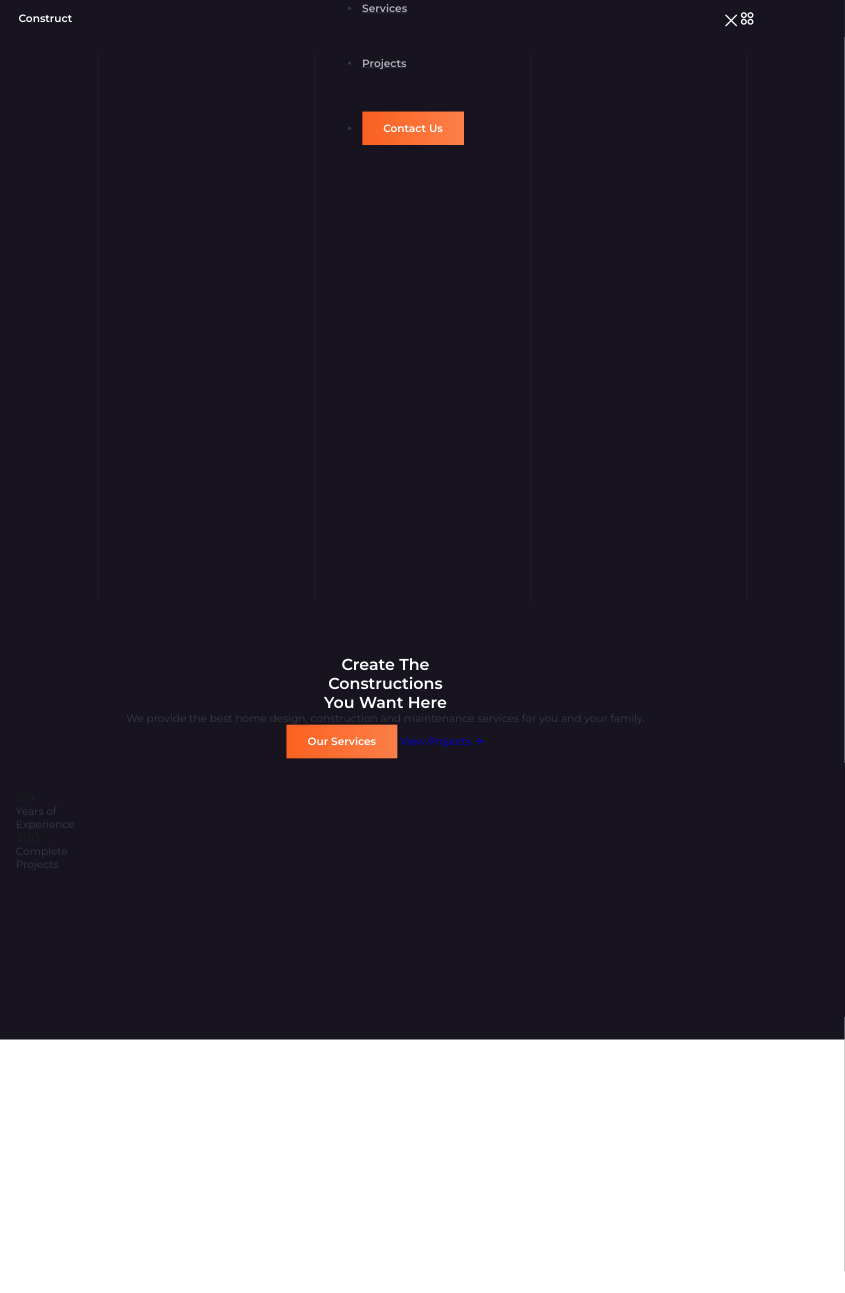
Repository: douglasabnovato/construction
Page: index.html
The author's editor kept a copy of each file at every save. The page is drawn from the files as they stood at one save, then again after the next save.
The browser window is 1280 px wide. The pictures show the whole page, at 66% of full size.

Above is the page before, as saved 2025-04-29 00:44:52.

### index.html
<!DOCTYPE html>
<html lang="en">
  <head>
    <meta charset="UTF-8" />
    <meta name="viewport" content="width=device-width, initial-scale=1.0" />

    <!--=============== FAVICON ===============-->
    <link
      rel="shortcut icon"
      href="assets/img/favicon.png"
      type="image/x-icon"
    />

    <!--=============== REMIXICONS ===============-->
    <link
      rel="stylesheet"
      href="https://cdnjs.cloudflare.com/ajax/libs/remixicon/4.2.0/remixicon.css"
    />

    <!--=============== SWIPER CSS ===============-->
    <link rel="stylesheet" href="" />

    <!--=============== CSS ===============-->
    <link rel="stylesheet" href="assets/css/styles.css" />

    <title>Construction</title>
  </head>
  <body>
    <!--==================== HEADER ====================-->
    <header class="header" id="header">
      <nav class="nav container">
        <a href="#" class="nav__logo">
          <i class="ri-bulding-3-line"></i>
          <span>Construct</span>
        </a>
        <div class="nav__menu" id="nav-menu">
          <u class="nav__list">
            <li>
              <a href="#home" class="nav__link">Home</a>
            </li>
            <li>
              <a href="#aboutus" class="nav__link"> About Us</a>
            </li>
            <li>
              <a href="#services" class="nav__link"> Services</a>
            </li>
            <li>
              <a href="#projects" class="nav__link"> Projects</a>
            </li>
            <li>
              <a href="#contactus" class="nav__link button"> Contact Us</a>
            </li>
          </u>
          <!-- Close Button -->
          <div class="nav__close" id="nav-close">
            <i class="ri-close-large-line"></i>
          </div>
        </div>
        <!-- Toggle menu -->
        <div class="nav__toggle" id="nav-toggle">
          <i class="ri-apps-2-line"></i>
        </div>
      </nav>
    </header>

    <!--==================== MAIN ====================-->
    <main class="main">
      <!--==================== HOME ====================-->
      <section class="home section" id="home">
        <img
          src="./assets/img/home-lines-bg.svg"
          alt="image"
          class="home__lines"
        />
        <div class="home__container container grid">
          <div class="home__container grid">
            <div class="home__data">
              <h1 class="home__title">
                Create The<br />
                Constructions<br />
                You Want Here
              </h1>
              <p class="home__description">
                We provide the best home design, construction and maintenance
                services for you and your family.
              </p>
              <div class="home__buttons">
                <a href="#services" class="button">Our Services</a>
                <a href="#projects" class="button__link"
                  ><span>View Projects</span> <i class="ri-arrow-right-line"></i
                ></a>
              </div>
            </div>
            <div class="home__info">
              <div>
                <h3 class="home__info-title">10+</h3>
                <p class="home__info-description">
                  Years of <br />
                  Experience
                </p>
              </div>
              <div>
                <h3 class="home__info-title">200</h3>
                <p class="home__info-description">
                  Complete <br />
                  Projects
                </p>
              </div>
            </div>
          </div>
          <div class="home__images"></div>
        </div>
      </section>

      <!--==================== ABOUT ====================-->
      <section class="about section" id="about"></section>

      <!--==================== SERVICES ====================-->
      <section class="services section" id="services"></section>

      <!--==================== PROJECTS ====================-->
      <section class="projects section" id="projects"></section>

      <!--==================== CONTACT ====================-->
      <section class="contact section" id="contact"></section>
    </main>

    <!--==================== FOOTER ====================-->
    <footer class="footer"></footer>

    <!--========== SCROLL UP ==========-->

    <!--=============== SCROLLREVEAL ===============-->
    <script src=""></script>

    <!--=============== SWIPER JS ===============-->
    <script src=""></script>

    <!--=============== MAIN JS ===============-->
    <script src="assets/js/main.js"></script>
  </body>
</html>

### assets/css/styles.css
/*=============== GOOGLE FONTS ===============*/
@import url("https://fonts.googleapis.com/css2?family=Montserrat:wght@100..900&display=swap");

/*=============== VARIABLES CSS ===============*/
:root {
  --header-height: 3.5rem;

  /*========== Colors ==========*/
  /*Color mode HSL(hue, saturation, lightness)*/
  --first-color: hsl(18, 95%, 55%);
  --second-color: hsl(42, 98%, 52%);
  --first-gradient: linear-gradient(
    90deg,
    hsl(18, 95%, 55%),
    hsl(18, 98%, 64%)
  );
  --title-color: hsl(255, 12%, 12%);
  --text-color: hsl(225, 12%, 24%);
  --text-color-light: hsl(255, 4%, 70%);
  --body-color: hsl(0, 0%, 100%);
  --container-color: hsl(0, 0%, 100%);
  --white-color: hsl(0, 0%, 100%);
  --black-color: hsl(255, 20%, 10%);
  --gray-border: hsl(255, 6%, 90%);
  --black-border: hsl(255, 10%, 20%);

  /*========== Font and typography ==========*/
  /*.5rem = 8px | 1rem = 16px ...*/
  --body-font: "Montserrat", sans-serif;
  --big-font-size: 2.25rem;
  --h1-font-size: 1.5rem;
  --h2-font-size: 1.25rem;
  --h3-font-size: 1rem;
  --normal-font-size: 0.938rem;
  --small-font-size: 0.813rem;

  /*========== Font weight ==========*/
  --font-regular: 400;
  --font-medium: 500;
  --font-semi-bold: 600;
  --font-bold: 700;

  /*========== z index ==========*/
  --z-tooltip: 10;
  --z-fixed: 100;
}

/*========== Responsive typography ==========*/
@media screen and (min-width: 1150px) {
  :root {
    --big-font-size: 3.5rem;
    --h1-font-size: 2.25rem;
    --h2-font-size: 1.5rem;
    --h3-font-size: 1.25rem;
    --normal-font-size: 1rem;
    --small-font-size: 0.875rem;
  }
}

/*=============== BASE ===============*/
* {
  box-sizing: border-box;
  padding: 0;
  margin: 0;
}

html {
  scroll-behavior: smooth;
}

body {
  font-family: var(--body-font);
  font-size: var(--normal-font-size);
  background-color: var(--body-color);
  color: var(--text-color);
}

h1,
h2,
h3,
h4 {
  color: var(--title-color);
  font-weight: var(--font-semi-bold);
}

ul {
  list-style: none;
}

a {
  text-decoration: none;
}

img {
  display: block;
  max-width: 100%;
  height: auto;
}

/*=============== REUSABLE CSS CLASSES ===============*/
.container {
  max-width: 1120px;
  margin-inline: 1.5rem;
}

.grid {
  display: grid;
  gap: 1.5rem;
}

.section {
  padding-block: 5rem 1rem;
}
.section__title,
.section__subtitle {
  text-align: center;
}

.section__title {
  font-size: var(--h1-font-size);
  font-weight: var(--font-bold);
  margin-bottom: 1.5rem;
}

.section__subtitle {
  display: block;
  font-size: var(--normal-font-size);
  font-weight: var(--font-semi-bold);
  color: var(--second-color);
  margin-bottom: 0.5rem;
}

.main {
  overflow: hidden;
}

/*=============== HEADER & NAV ===============*/
.header {
  position: fixed;
  width: 100%;
  top: 0;
  left: 0;
  background-color: var(--black-color);
  z-index: var(--z-fixed);
}

.nav {
  position: relative;
  height: var(--header-height);
  display: flex;
  justify-content: space-between;
  align-items: center;
}

.nav__logo {
  display: flex;
  align-items: center;
  column-gap: 0.25rem;
}

.nav__logo span {
  color: var(--white-color);
  font-weight: var(--font-semi-bold);
  transition: color 0.4s;
}

.nav__logoi i {
  color: var(--first-color);
  font-size: 1.5rem;
}

.nav__toggle,
.nav__close {
  font-size: 1.5rem;
  color: var(--white-color);
  cursor: pointer;
  transition: color 0.4s;
}

/* Navigation for mobile devices */
@media screen and (max-width: 1150px) {
  .nav__menu {
    position: fixed;
    top: 0;
    right: -100%;
    background-color: var(--black-color);
    width: 80%;
    height: 100%;
    padding: 7.5rem 3.5rem 0;
    border-left: 2px solid var(--black-border);
    transition: right 0.4s;
  }
}

.nav__list {
  display: flex;
  flex-direction: column;
  row-gap: 4rem;
}

.nav__link {
  color: var(--text-color-light);
  font-weight: var(--font-semi-bold);
  transition: color 0.4s;
}

.nav__link:hover {
  color: var(--first-color);
}

.nav__close {
  position: absolute;
  top: 1rem;
  right: 1.5rem;
}

/* Show menu */
.show-menu {
  right: 0;
}

/* Change background header */

/* Active link */

/*=============== HOME ===============*/
.home {
  position: relative;
  background-color: var(--black-color);
}

.home__container {
  position: relative;
  row-gap: 3rem;
  padding-block: 2.5rem 6rem;
}

.home__content {
  row-gap: 2.5rem;
}

.home__data {
  text-align: center;
}

.home__title {
  color: var(--white-color);
}

/*=============== BUTTON ===============*/
.button {
  display: inline-flex;
  background: var(--first-gradient);
  color: var(--white-color);
  font-weight: var(--font-semi-bold);
  padding: 1rem 2rem;
  transition: box-shadow .4s;
}

.button:hover{
  box-shadow: 0 8px 32px hsla(18, 95%, 55%, .3);
  color: var(--white-color);
}

/*=============== ABOUT ===============*/

/*=============== SERVICES ===============*/

/* Swiper class */

/*=============== PROJECTS ===============*/

/*=============== CONTACT ===============*/

/*=============== FOOTER ===============*/

/*=============== SCROLL BAR ===============*/

/*=============== SCROLL UP ===============*/

/* Show Scroll Up */

/*=============== BREAKPOINTS ===============*/
/* For small devices */

/* For medium devices */

/* For large devices */

### assets/js/main.js
/*=============== SHOW MENU ===============*/
const navMenu = document.getElementById('nav-menu'),
      navToggle = document.getElementById('nav-toggle'),
      navClose = document.getElementById('nav-close')

/* Menu show */
if(navToggle){
    navToggle.addEventListener('click', () =>{
        navMenu.classList.add('show-menu')
    })
}

/* Menu hidden */
if(navClose){
    navClose.addEventListener('click', () =>{
        navMenu.classList.remove('show-menu')
    })
}

/*=============== REMOVE MENU MOBILE ===============*/
const navLink = document.querySelectorAll('.nav__link')

const linkAction = () =>{
    const navMenu = document.getElementById('nav-menu')
    // When we click on each nav__link, we remove the show-menu class
    navMenu.classList.remove('show-menu')
}
navLink.forEach(n => n.addEventListener('click', linkAction))


/*=============== CHANGE BACKGROUND HEADER ===============*/

/*=============== SWIPER SERVICES ===============*/

/*=============== SHOW SCROLL UP ===============*/

/*=============== SCROLL SECTIONS ACTIVE LINK ===============*/

/*=============== SCROLL REVEAL ANIMATION ===============*/

After the next save:
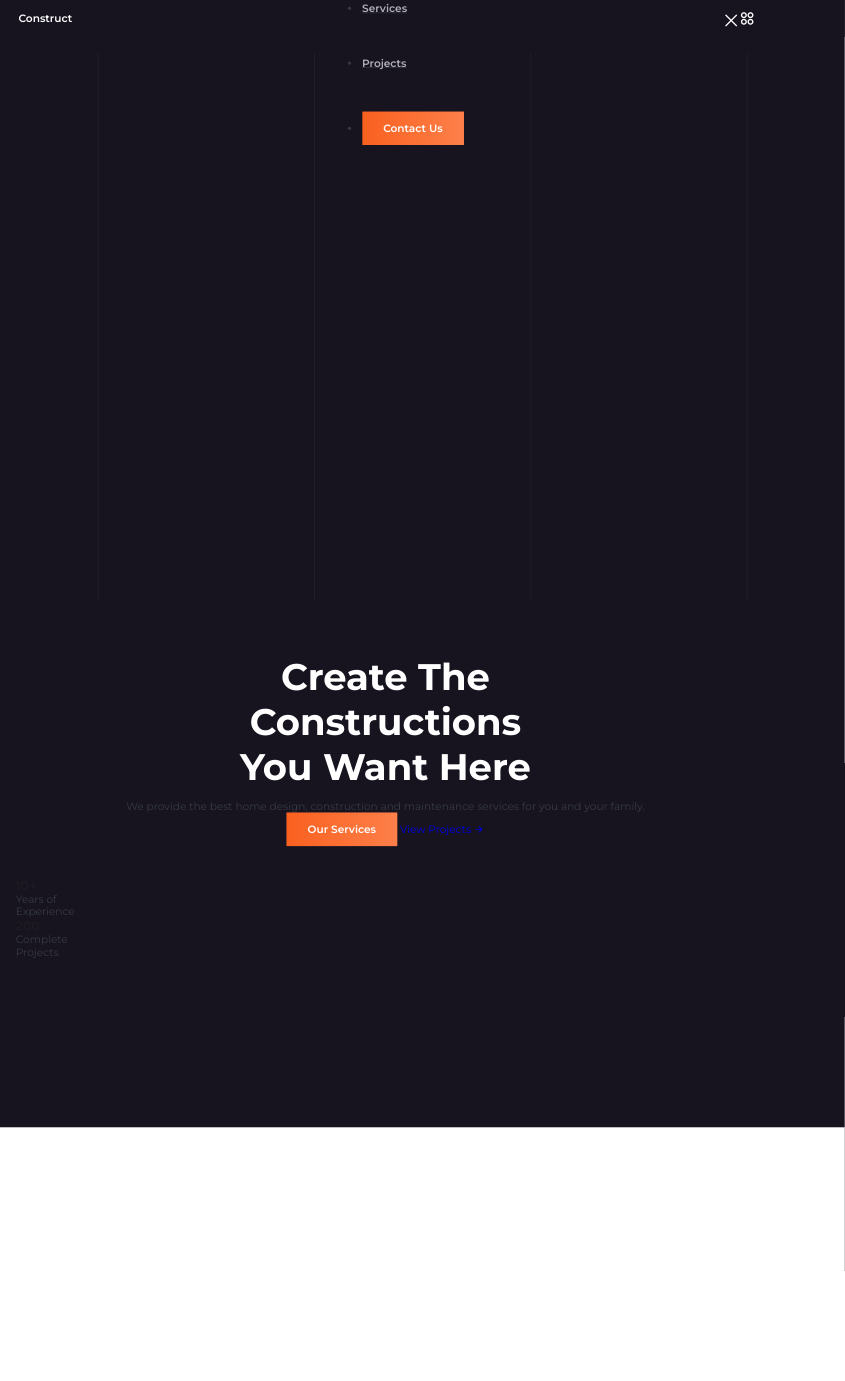
Saved 55 s later.
--- a/assets/css/styles.css
+++ b/assets/css/styles.css
@@ -245,6 +245,9 @@ img {
 
 .home__title {
   color: var(--white-color);
+  font-size: var(--big-font-size);
+  font-weight: var(--font-bold);
+  margin-bottom: 1rem;
 }
 
 /*=============== BUTTON ===============*/
